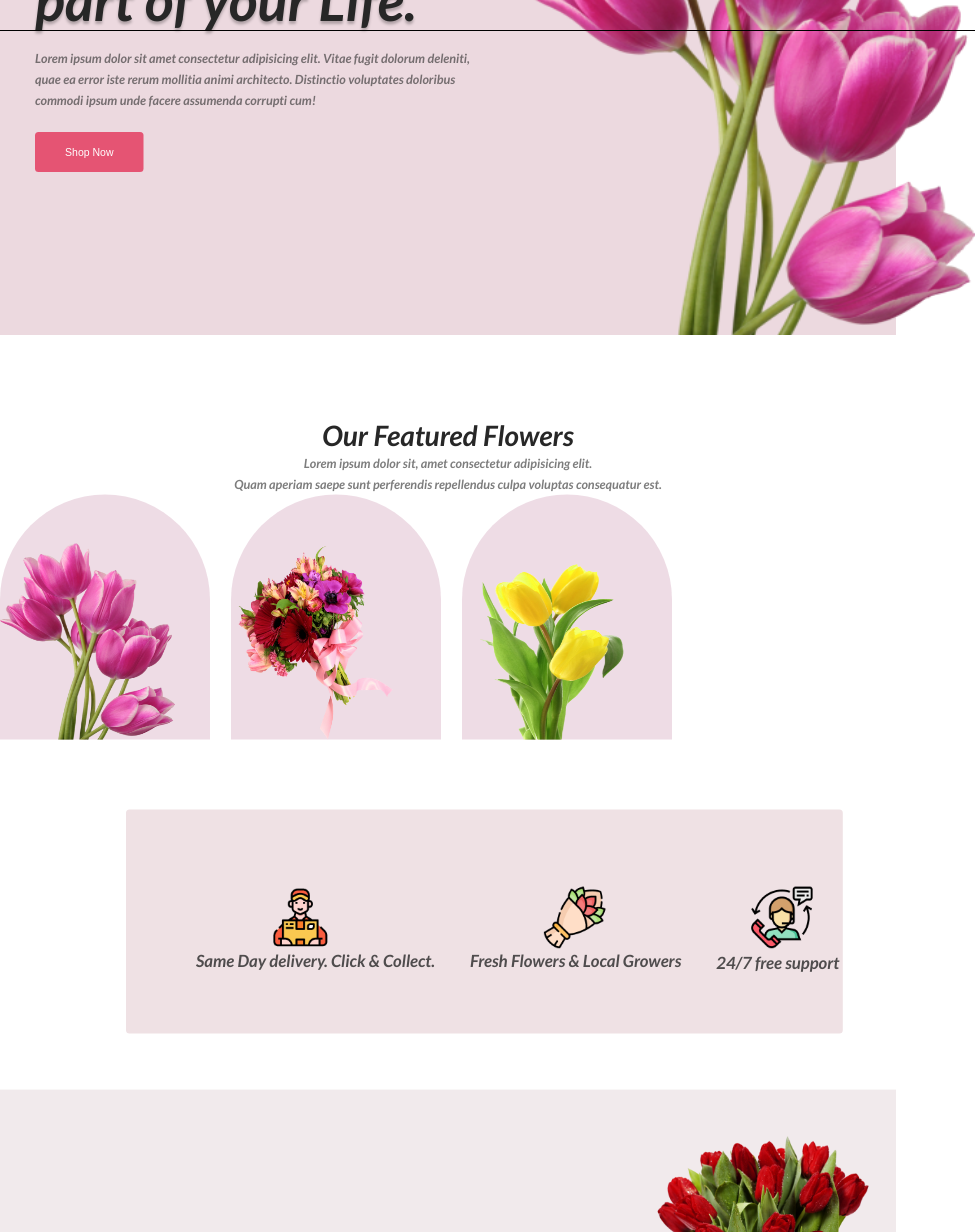
Repository: AnitaAkter/anita-flower-shop
Page: index.html
These files come from the project's save history. The page is drawn as it stood at one moment and after a run of saves; the edit follows.
The browser window is 1280 px wide. The page is 1393 px wide, so the pictures cover 1393 px, including what lies to the right of the window. The pictures show the part of the page from y = 322 to 2082 px (the page is 3456 px tall), at 70% of full size.

Above is the page before, as saved 2023-09-06 20:47:13.

### index.html
<!DOCTYPE html>
<html lang="en">

<head>
    <meta charset="UTF-8">
    <meta http-equiv="X-UA-Compatible" content="IE=edge">
    <meta name="viewport" content="width=device-width, initial-scale=1.0">
    <title>Anita's Flower Shop</title>
    <link rel="preconnect" href="https://fonts.googleapis.com">
    <link rel="preconnect" href="https://fonts.gstatic.com" crossorigin>
    <link href="https://fonts.googleapis.com/css2?family=Lato:ital,wght@1,700&display=swap" rel="stylesheet">
    <link rel="stylesheet" href="style.css">
</head>

<body>
    <div>
        <!-- /* Header -section start */ -->
        <header>
            <div class="header-intro">
                <h1>Let's make <br> beautiful Flowers a <br>part of your Life.</h1>
                <div class="header-p">
                    <p>Lorem ipsum dolor sit amet consectetur adipisicing elit. Vitae fugit dolorum deleniti, quae ea
                        error
                        iste rerum mollitia animi architecto. Distinctio voluptates doloribus commodi ipsum unde facere
                        assumenda corrupti cum!</p>
                </div>
                <button class="header-btn">Shop Now</button>
            </div>
            <div class="header-pic">
                <img src="images/pngwing 6.png" alt="">
            </div>
        </header>
        <!-- /* Header -section end */ -->
        <main>
            <div class="flowers-info">
                <h3>Our Featured Flowers</h3>
                <p>Lorem ipsum dolor sit, amet consectetur adipisicing elit. <br>
                    Quam aperiam saepe sunt perferendis repellendus culpa voluptas consequatur est.
                </p>
            </div>
            <div class="flowers-add">

                <div class="flowers">
                    <img class="img-f" src="images/pngwing 6.png" alt="">
                    <!-- <p> <u>Pink Flower Tree</u> </p> -->
                </div>
                <div class="flowers">
                    <img class="img-f" src="images/pngwing 5.png" alt="">
                    <!-- <p><u>Pink Flower Tree</u></p> -->
                </div>
                <div class="flowers">
                    <img class="img-f" src="images/pngwing 7.png" alt="">
                    <!-- <p><u>Pink Flower Tree</u></p> -->
                </div>

            </div>






            <!-- Delivery section start -->
            <div class="delivery">
                <div class="delivery-img">
                    <div class="d-img">
                        <img src="images/Group 57.png" alt="">
                        <p>Same Day delivery. Click & Collect.</p>
                    </div>
                    <div class="d-img">
                        <img src="images/Group 58.png" alt="">
                        <p>Fresh Flowers & Local Growers</p>
                    </div>
                    <div>
                        <img src="images/Group 59.png" alt="">
                        <p>24/7 free support</p>
                    </div>
                </div>
            </div>
            <!-- Delivery section end -->

            <div class="add-sec">
                <div class="add-info">
                    <h1>Hot Deal ! Sale up to 25% <span class="text-primary">Off</span></h1>
                    <p class="header-p">Lorem ipsum dolor sit amet consectetur adipisicing elit. Quam, error!</p>
                    <div class="add-btnv">
                        <button class="add-btn">Sign Up</button>
                    </div>
                </div>
                <div class="add-img">
                    <img src="images/pngwing 8.png" alt="">
                </div>
            </div>
















            <div class="flowers-info">
                <h3>Instagram</h3>
                <p>Lorem ipsum dolor sit, amet consectetur adipisicing elit. <br>
                    Quam aperiam saepe sunt perferendis repellendus culpa voluptas consequatur est.
                </p>
            </div>
            <div class="insta-img">
                <img src="images/Flower 01.png" alt="">
                <img src="images/Rectangle 4.png" alt="">
                <img src="images/Rectangle 5.png" alt="">
                <img src="images/Rectangle 6.png" alt="">
            </div>
        </main>
        <footer>
            <div class="footer-column">
                <div class="footer-title">
                    <h2 class="f">Get the latest Deals</h2>
                    <p>$30 coupon for first shopping</p>
                </div>
                <div class="form">
                    <form action=""><input class="input-form" type="text" placeholder="       Enter Your email Here">
                    </form>
                    <button class="header-btn">Subscribe</button>
                </div>

            </div>
        </footer>

    </div>
</body>

</html>

### style.css
/* Header -section start */

* {
    margin: 0;
    padding: 0;
    box-sizing: border-box;
}

body {
    font-family: 'Lato', sans-serif;
    font-weight: 900;
    width: 100%;
}

header {
    display: flex;
    background-color: hsl(342, 34%, 89%);
    width: 100%;
    height: 800px;
}

.header-intro {
    margin-top: 80px;
    margin-left: 50px;
    width: 708px;
    height: 506px;


}

.header-intro h1 {
    color: #272727;
    text-shadow: 0px 4px 4px rgba(0, 0, 0, 0.25);
    font-family: Lato;
    font-size: 80px;
    font-style: normal;
    font-weight: 800;
    line-height: normal;
    width: 708px;
    height: 310px;


}

.header-p {
    color: rgba(39, 39, 39, 0.60);
    font-family: Lato;
    font-size: 18px;
    font-style: normal;
    font-weight: 400;
    line-height: 30px;
    width: 634px;
    height: 120px;
    gap: 32px;



    /* 166.667% */
}

.header-btn {
    background-color: #E55473;
    border-radius: 5px;
    border: none;
    color: white;
    font-size: 15px;
    display: inline-flex;
    padding: 20px 43px;
    align-items: flex-start;
    gap: 10px;

}

.header-pic {
    width: 635px;
    height: 800px;
    margin-bottom: 0%;
    margin-right: auto;

}


.header-pic img {
    width: 635px;
    height: 800px;
    margin-bottom: 0%;
}

/* Header -section end */



/* flowers info styles */
.flowers-info {
    margin-top: 120px;
}

.flowers-info h3 {
    color: #272727;
    text-align: center;
    font-family: Lato;
    font-size: 40px;
    font-style: normal;
    font-weight: 800;
    line-height: normal;
}

.flowers-info p {
    color: rgba(39, 39, 39, 0.60);
    text-align: center;
    font-family: Lato;
    font-size: 18px;
    font-style: normal;
    font-weight: 400;
    line-height: 30px;
    /* 166.667% */
}


.flowers-add {
    display: flex;
    gap: 30px;
    justify-content: ;


}

.flowers-img {
    display: flex;
    align-items: center;
    gap: 50px;
    width: 464px;
    height: 538px;



}

.flowers {


    justify-content: space-between;
    gap: 40px;



}

.flowers {

    background-image: url('/images/Rectangle\ 3\ \(1\).png');
    background-position: center;
    border-radius: 300px 300px 0px 0px;
    background: rgba(139, 24, 81, 0.15);
    height: 350px;
    width: 300px;
}

.img-f {
    height: 280px;
    width: 250px;
    position: absolute;
    margin-top: 70px;
}

/* .flowers-img p {
    color: rgba(0, 0, 0, 0.951);

    font-family: Lato;
    font-size: 24px;
    font-style: normal;
    font-weight: 600;
    line-height: 35px;
    margin-left: 133px;
} */








/* delivery section start */
.delivery {
    margin-top: 100px;
    margin-left: 180px;
    margin-right: 140px;
    background-color: #efe1e4;
    display: flex;
    width: 80%;
    height: 320px;
    border-radius: 5px;
    padding: 30px;
}

.delivery-img p {
    color: rgba(39, 39, 39, 0.80);

    font-family: Lato;
    font-size: 24px;
    font-style: normal;
    font-weight: 600;
    line-height: 35px;
    margin-left: -50px;


}

.delivery-img {
    display: inline-flex;
    margin-top: 80px;
    margin-left: 120px;
    gap: 100px;
    height: 30px;
    align-content: center;
    position: absolute;

}

.d-img img {
    display: grid;
    justify-content: center;
    margin-left: 55px;

}

/* delivery section end */

.text-primary {
    color: #E55473;
}

.add-sec {
    margin-top: 80px;
    width: 100%;
    height: 520px;
    background-color: #f1eaec;
    display: inline-flex;
}

.add-info h1 {
    margin-top: 200px;
    margin-left: 350px;
}

.add-info p {
    margin-top: 10px;
    margin-left: 300px;

}

.add-btnv {
    text-align: center;
    justify-content: center;
    margin-top: -70px;
    margin-left: 80px;
}

.add-btn {
    background-color: #E55473;
    border-radius: 5px;
    border: none;
    color: white;
    font-size: 15px;

    padding: 10px 23px;


}

.add-img {
    width: 218px;
    height: 110px;
    position: center;
    margin-top: 60px;
}




.insta-img {
    display: flex;
    margin-top: 40px;
    gap: 25px;
    margin-left: 180px;
    margin-right: 140px;
    height: 320px;
    width: 70%;
}

.insta-img img {
    width: 275px;
    height: 396px;
    border-radius: 5px;
}


.footer-column {
    background-image: url('images/Rectangle\ 9.png');
    margin-top: 150px;
    width: 80%;
    height: 320px;
    border-radius: 3px;
    margin-left: 180px;
    margin-right: 140px;
}



.footer-title {
    text-align: center;
    padding-top: 80px;
    align-items: center;

}



.footer-title p {
    color: rgb(91, 87, 87);
    padding-top: 10px;
}

.form {
    display: flex;
    margin-left: 287px;
    gap: 50px;
    padding-top: 40px;

}

.input-form {
    width: 550px;
    height: 60px;
    border-radius: 3px;
    border: none;
}

After the next 2 saves:
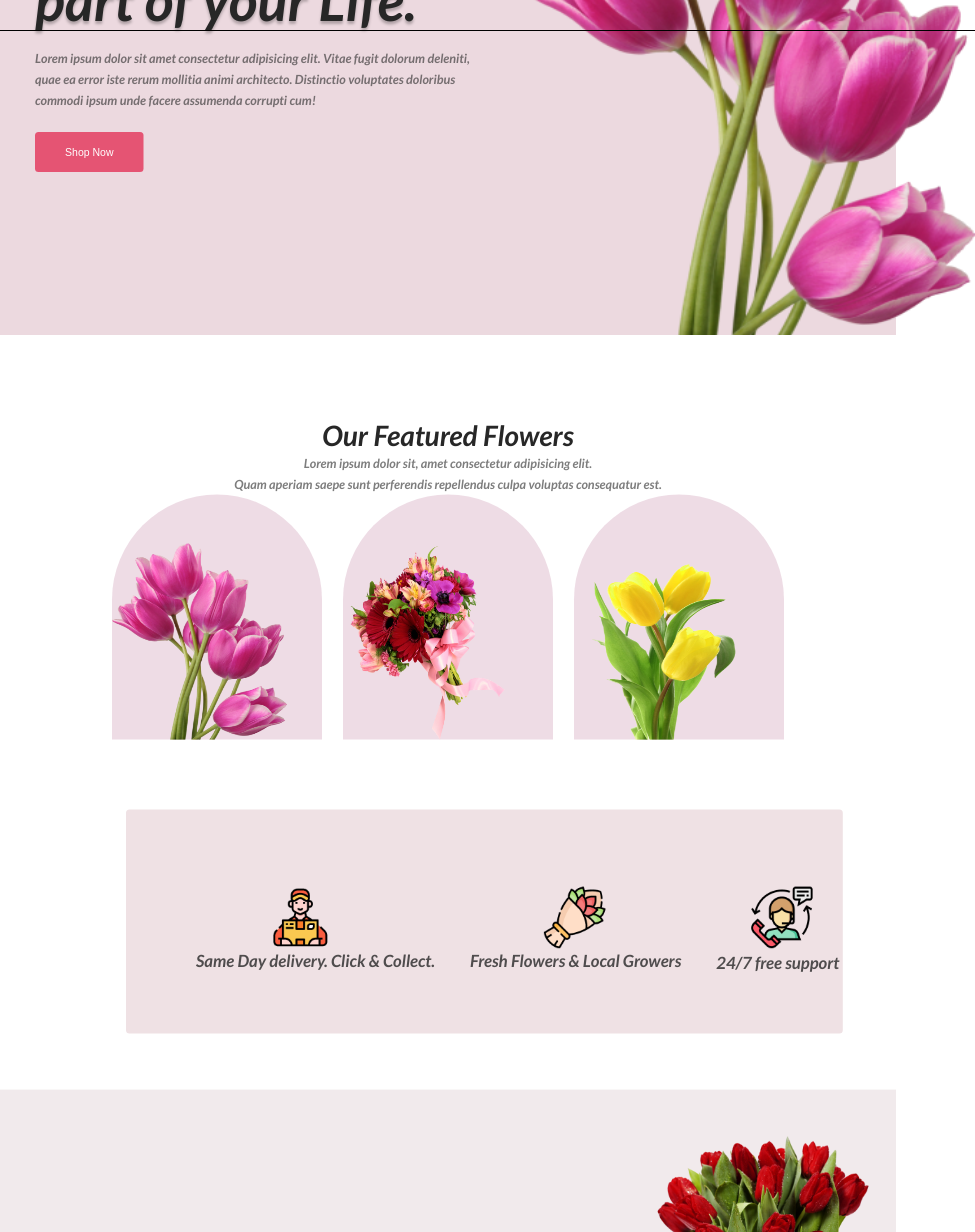
The 2 saves are shown as one change because they came seconds apart.
The last was saved 7 s later.
--- a/style.css
+++ b/style.css
@@ -120,7 +120,8 @@ header {
 .flowers-add {
     display: flex;
     gap: 30px;
-    justify-content: ;
+    justify-content: center;
+    align-items: center;
 
 
 }
